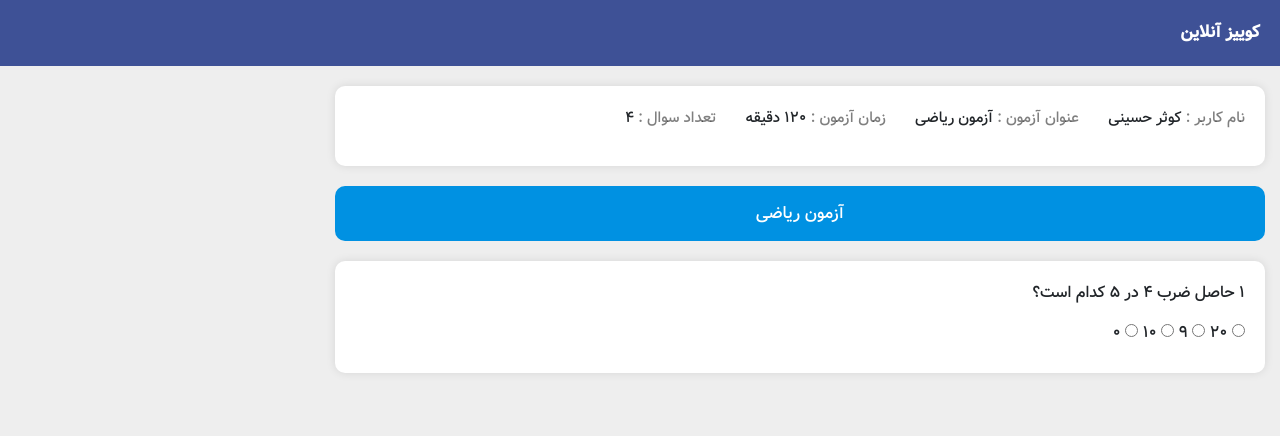
Repository: kosar78/quiz-online
Page: quiz.html
The author's editor kept a copy of each file at every save. The page is drawn from the files as they stood at one save, then again after the next save.
The browser window is 1280 px wide. The pictures show the whole page.
Some web libraries are served in a nearby version.

Above is the page before, as saved 2022-01-09 21:30:23.

### quiz.html
<!DOCTYPE html>
<html lang="en">
<head>
    <meta charset="UTF-8">
    <meta name="viewport" content="width=device-width, initial-scale=1.0">
    <link rel="stylesheet" href="css/quiz.css">
    <link rel="stylesheet" href="bootstrap_files/css/bootstrap.min.css">
    <script type="text/javascript" src="JQuery_file/jQuery.js"></script>
    <script type="text/javascript" src="bootstrap_files/js/bootstrap.min.js"></script>
    <!-- <script type="text/javascript" src="js/signin.js"></script> -->
    <title>امتحان</title>
</head>
<body>
    <div class="container-fluid signin-container">
        <div class="row main-row">
            <div class="headerr">کوییز آنلاین</div>

            <div class="col-xl-9">
                <div class="quiz-details">
                    <ul>
                        <li>
                            <ul>
                                <li class="q-info-title">نام کاربر :</li>
                                <li>کوثر حسینی</li>
                            </ul>
                        </li>
                        <li>
                            <ul>
                                <li class="q-info-title">عنوان آزمون :</li>
                                <li>آزمون ریاضی</li>
                            </ul>
                        </li>
                        <li>
                            <ul>
                                <li class="q-info-title">زمان آزمون :</li>
                                <li>120 دقیقه</li>
                            </ul>
                        </li>
                        <li>
                            <ul>
                                <li class="q-info-title">تعداد سوال :</li>
                                <li>4</li>
                            </ul>
                        </li>
                    </ul>
                </div>
                <div class="exam-title-div">
                    <p class="exam-title">
                        آزمون ریاضی
                    </p>
                </div>


                <div class="question-box">
                    <ul>
                        <li class="question-number">1</li>
                        <li class="question-face">حاصل ضرب 4 در 5 کدام است؟</li>
                    </ul>
                    <div class="q-options">
                        <input type="radio" id="contactChoice1" name="answer" >
                        <label for="contactChoice1">20</label>

                        <input type="radio" id="contactChoice2" name="answer" >
                        <label for="contactChoice2">9</label>

                        <input type="radio" id="contactChoice3" name="answer" >
                        <label for="contactChoice3">10</label>

                        <input type="radio" id="contactChoice4" name="answer" >
                        <label for="contactChoice4">0</label>
                    </div>
                </div>
            </div>
            <div class="col-xl-3">

            </div>
        </div>
    </div>

    <script src="https://cdnjs.cloudflare.com/ajax/libs/axios/0.18.0/axios.min.js"></script>
    <!-- <script src="./connectToDB/signUp.js"></script> -->

</body>
</html>

### css/quiz.css
@font-face {
    font-family: FirstFont;
    src:url(../font/Vazir-Medium.woff2) format('woff2');
    src:url(../font/Vazir-Medium-FD-WOL.woff2) format('woff2');
  }
* {
    margin: 0;
    padding: 0;
    user-select: none;
    -moz-user-select: none;
    -khtml-user-select: none;
    -webkit-user-select: none;
    -o-user-select: none;
    text-align: right;
    text-decoration:none;
}
html body {
    direction: rtl;
    font-family:FirstFont;
    text-align: center;
    /* background: linear-gradient(260.06deg, #363671 12.33%, #3E5196 57.46%); */
    /* height: 100vh; */
    background-color: #eee;
}

ul li{
    display: inline-block;
    list-style: none;
}
.headerr{
    background-color: #3E5196;
    color: white;
    font-weight: 600;
    width: 100%;
    padding: 20px;
    font-size: 17px;
}
.quiz-details,
.question-box{
    background-color: #fff;
    box-shadow: 0px 0px 10px rgba(0, 0, 0, 0.1);
    border-radius: 10px;
    width: 100%;
    height: max-content;
    padding: 20px !important;
    position: relative;
    margin: 20px 0;
}
.quiz-details ul li ul{
    margin-left: 25px;
    font-size: 15px;
}
.q-info-title{
    color: rgb(0, 0, 0,.5);
}
.exam-title-div{
    background-color:#0091E2;
    border-radius: 10px;
    width: 100%;
    height: max-content;
    padding: 15px !important;
    position: relative;
    margin: 20px 0;
}
.exam-title-div p{
    color: #fff;
    font-size: 17px;
    text-align: center;
    padding-top: 0px;
    margin-bottom: 0px;

}
::placeholder {
    color: rgb(0, 0, 0,.5);
    opacity: 0.95;
  }

:-ms-input-placeholder {
    color: rgb(0, 0, 0,.5);
}

::-ms-input-placeholder {
    color: rgb(0, 0, 0,.5);
}

@media(max-width:335px){
    #password,
    #username,
    #confirm-password,
    #code{
        width: 84%;
    }

}

Loaded but not shown: bootstrap_files/css/bootstrap.min.css (library); JQuery_file/jQuery.js (library); bootstrap_files/js/bootstrap.min.js (library)

After the next save:
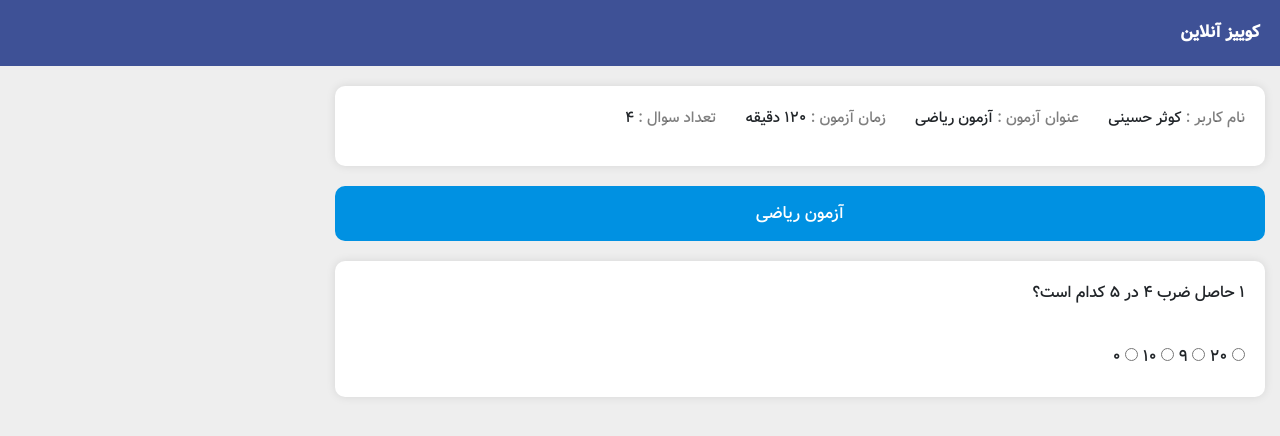
Saved 83 s later.
--- a/quiz.html
+++ b/quiz.html
@@ -56,6 +56,7 @@
                         <li class="question-number">1</li>
                         <li class="question-face">حاصل ضرب 4 در 5 کدام است؟</li>
                     </ul>
+                    <img src="" alt="" class="q-pic">
                     <div class="q-options">
                         <input type="radio" id="contactChoice1" name="answer" >
                         <label for="contactChoice1">20</label>
